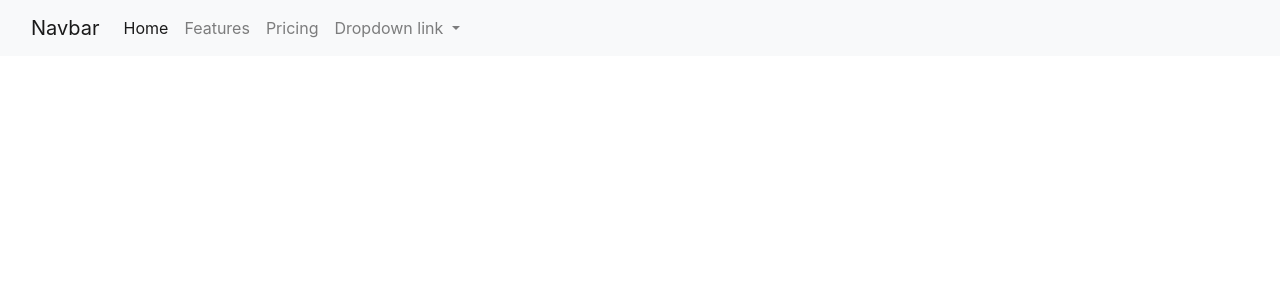
Repository: khss4008/JSP_project
Page: http://localhost/Webshop2/main.jsp
The author's editor kept a copy of each file at every save. The page is drawn from the files as they stood at one save, then again after the next save.
The browser window is 1280 px wide. The pictures show the whole page.
The page is served by Tomcat 9.

Above is the page before, as saved 2021-11-04 00:32:01.
Console error: TypeError: Cannot read properties of undefined (reading 'fn')

After the next save:
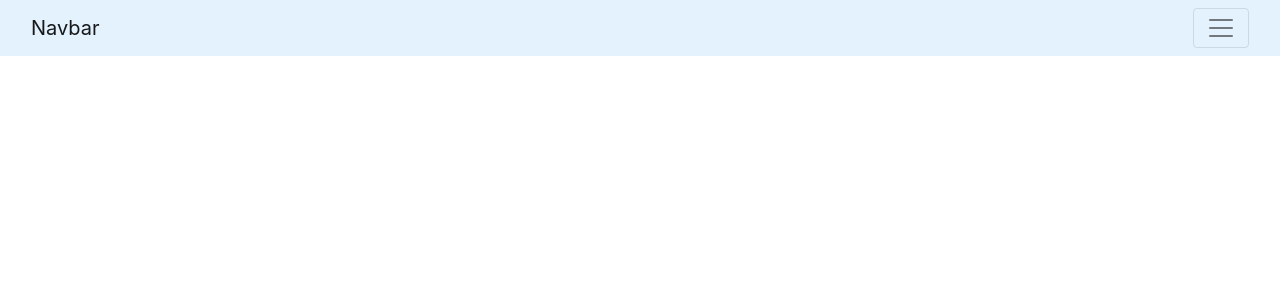
Saved 2 min 34 s later.
--- a/Webshop2/WebContent/header.jsp
+++ b/Webshop2/WebContent/header.jsp
@@ -5,7 +5,7 @@
 <script src="https://stackpath.bootstrapcdn.com/bootstrap/4.3.1/js/bootstrap.min.js" integrity="sha384-JjSmVgyd0p3pXB1rRibZUAYoIIy6OrQ6VrjIEaFf/nJGzIxFDsf4x0xIM+B07jRM" crossorigin="anonymous"></script>
 
 
-<nav class="navbar navbar-expand-lg navbar-light bg-light">
+<nav class="navbar navbar-light" style="background-color: #e3f2fd;">
   <div class="container-fluid">
     <a class="navbar-brand" href="#">Navbar</a>
     <button class="navbar-toggler" type="button" data-bs-toggle="collapse" data-bs-target="#navbarNavDropdown" aria-controls="navbarNavDropdown" aria-expanded="false" aria-label="Toggle navigation">
